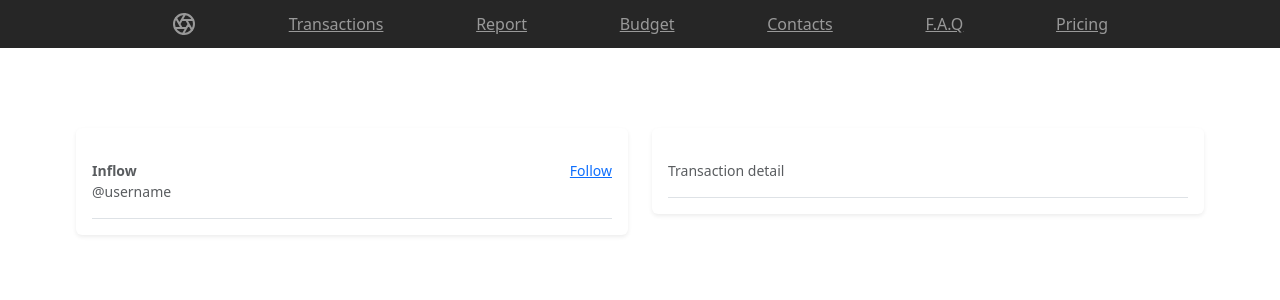
Repository: Nuriddinkhuja/budget-app-advanced
Page: index.html
The author's editor kept a copy of each file at every save. The page is drawn from the files as they stood at one save, then again after the next save.
The browser window is 1280 px wide. The pictures show the whole page.
Some web libraries are served in a nearby version.

Above is the page before, as saved 2019-12-17 16:13:24.

### index.html
<html lang="en">
<head>
    <meta charset="UTF-8">
    <meta name="viewport" content="width=device-width, initial-scale=1.0">
    <meta http-equiv="X-UA-Compatible" content="ie=edge">
    <title>Document</title>
    <link rel="stylesheet" href="./node_modules/bootstrap/dist/css/bootstrap.min.css">
    <link rel="stylesheet" href="./css/style.css">
</head>
<body>
    <nav class="site-header sticky-top py-1">
        <div class="container d-flex flex-column flex-md-row justify-content-between">
            <a class="py-2" href="#" aria-label="Product">
            <svg xmlns="http://www.w3.org/2000/svg" width="24" height="24" fill="none" stroke="currentColor" stroke-linecap="round" stroke-linejoin="round" stroke-width="2" class="d-block mx-auto" role="img" viewBox="0 0 24 24" focusable="false"><title>Product</title><circle cx="12" cy="12" r="10"></circle><path d="M14.31 8l5.74 9.94M9.69 8h11.48M7.38 12l5.74-9.94M9.69 16L3.95 6.06M14.31 16H2.83m13.79-4l-5.74 9.94"></path></svg>
            </a>
            <a class="py-2 d-none d-md-inline-block" href="#">Transactions</a>
            <a class="py-2 d-none d-md-inline-block" href="#">Report</a>
            <a class="py-2 d-none d-md-inline-block" href="#">Budget</a>
            <a class="py-2 d-none d-md-inline-block" href="#">Contacts</a>
            <a class="py-2 d-none d-md-inline-block" href="#">F.A.Q</a>
            <a class="py-2 d-none d-md-inline-block" href="#">Pricing</a>
        </div>
    </nav>
    <div class="container-flow">
        <div class="row p-3 p-md-5 m-md-3">
            <div class="col-sm">
                <div class="my-3 p-3 bg-white rounded shadow-sm">
                    <div class="media text-muted pt-3">
                        <div class="media-body pb-3 mb-0 small lh-125 border-bottom border-gray">
                            <div class="d-flex justify-content-between align-items-center w-100">
                                <strong class="text-gray-dark">Inflow</strong>
                                <a href="#">Follow</a>
                            </div>
                            <span class="d-block">@username</span>
                        </div>
                    </div>
                </div>
            </div>
            <div class="col-sm">
                <div class="my-3 p-3 bg-white rounded shadow-sm">
                    <div class="media text-muted pt-3">
                        <div class="media-body pb-3 mb-0 small lh-125 border-bottom border-gray">
                            Transaction detail
                        </div>
                    </div>
                </div>
            </div>
        </div>
    </div>

    <script src="./js/jquery.min.js"></script>
    <script src="./node_modules/popper.js/dist/popper.min.js"></script>
    <script src="./node_modules/bootstrap/dist/js/bootstrap.min.js"></script>
    <script src="./js/main.js"></script>
</body>
</html>

### css/style.css
.container {
    max-width: 960px;
  }

  /*
   * Custom translucent site header
   */

  .site-header {
    background-color: rgba(0, 0, 0, .85);
    -webkit-backdrop-filter: saturate(180%) blur(20px);
    backdrop-filter: saturate(180%) blur(20px);
  }
  .site-header a {
    color: #999;
    transition: ease-in-out color .15s;
  }
  .site-header a:hover {
    color: #fff;
    text-decoration: none;
  }

  /*
   * Dummy devices (replace them with your own or something else entirely!)
   */

  .product-device {
    position: absolute;
    right: 10%;
    bottom: -30%;
    width: 300px;
    height: 540px;
    background-color: #333;
    border-radius: 21px;
    -webkit-transform: rotate(30deg);
    transform: rotate(30deg);
  }

  .product-device::before {
    position: absolute;
    top: 10%;
    right: 10px;
    bottom: 10%;
    left: 10px;
    content: "";
    background-color: rgba(255, 255, 255, .1);
    border-radius: 5px;
  }

  .product-device-2 {
    top: -25%;
    right: auto;
    bottom: 0;
    left: 5%;
    background-color: #e5e5e5;
  }


  /*
   * Extra utilities
   */

  .flex-equal > * {
    -ms-flex: 1;
    flex: 1;
  }
  @media (min-width: 768px) {
    .flex-md-equal > * {
      -ms-flex: 1;
      flex: 1;
    }
  }

  .overflow-hidden { overflow: hidden; }

Loaded but not shown: js/jquery.min.js (library); js/main.js (no stored copy; drawn as an empty file)

After the next save:
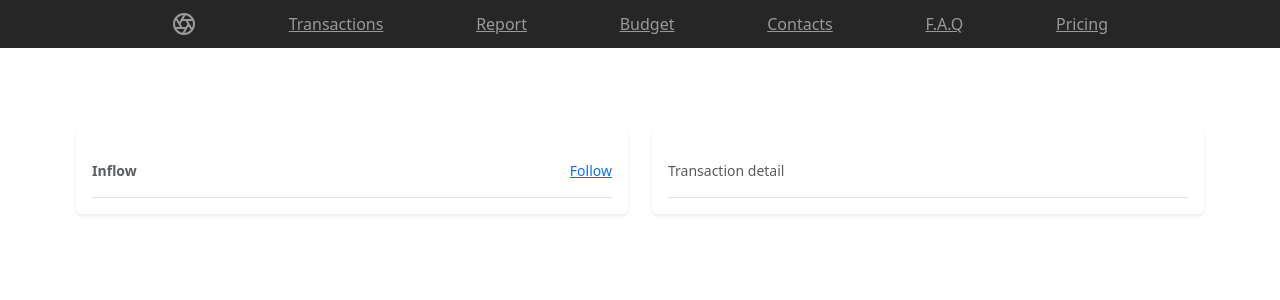
Saved 30 s later.
--- a/index.html
+++ b/index.html
@@ -31,7 +31,6 @@
                                 <strong class="text-gray-dark">Inflow</strong>
                                 <a href="#">Follow</a>
                             </div>
-                            <span class="d-block">@username</span>
                         </div>
                     </div>
                 </div>
